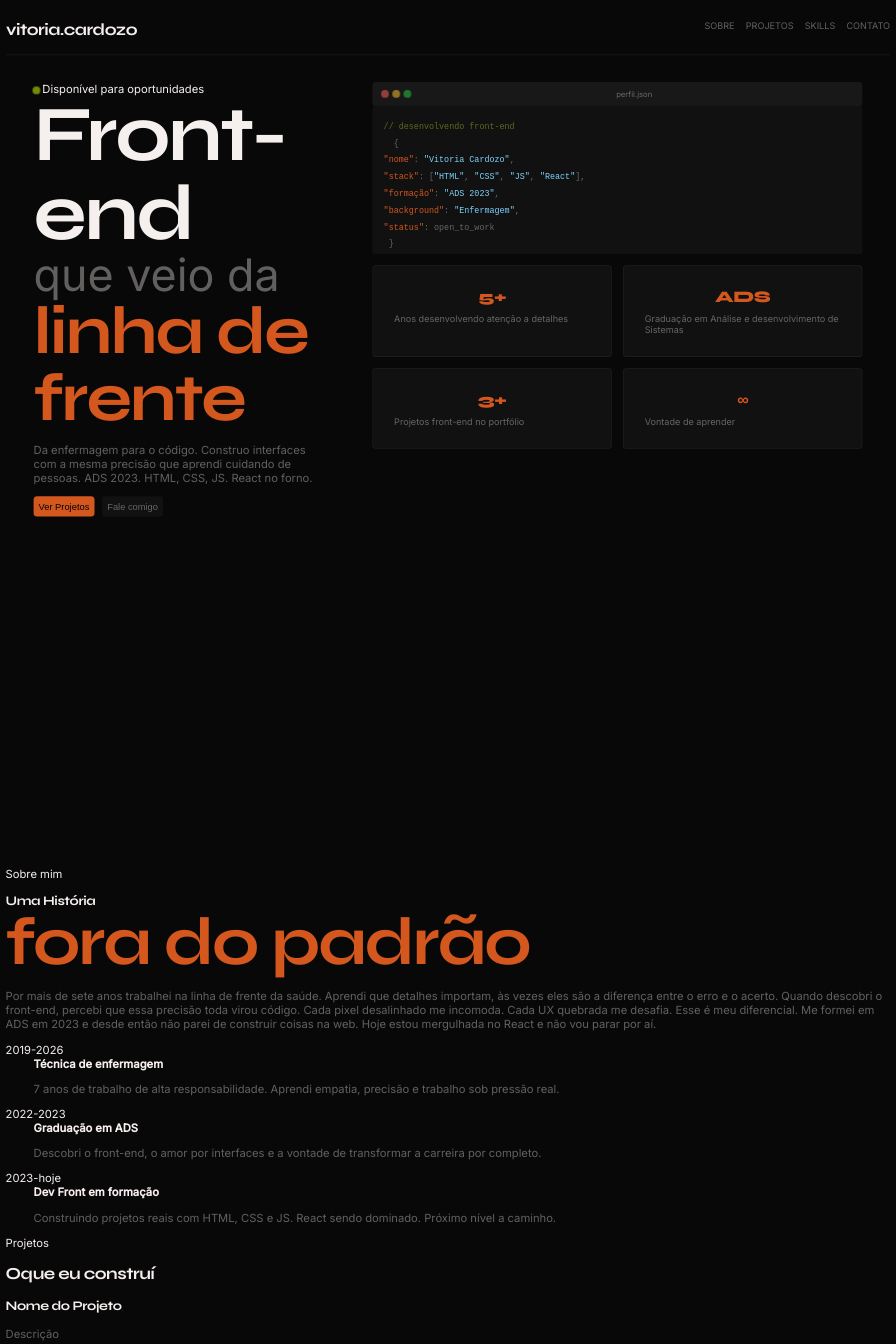
Repository: Bitroia/Portifolio
Page: index.html
These files come from the project's save history. The page is drawn as it stood at one moment and after the next save; the edit follows.
The browser window is 1280 px wide. The pictures show the part of the page from y = 0 to 1920 px (the page is 3022 px tall before and 3074 px after), at 70% of full size.
Some web fonts or font styles are not loaded; a fallback is used.

Above is the page before, as saved 2026-04-29 19:40:54.

After the next save:
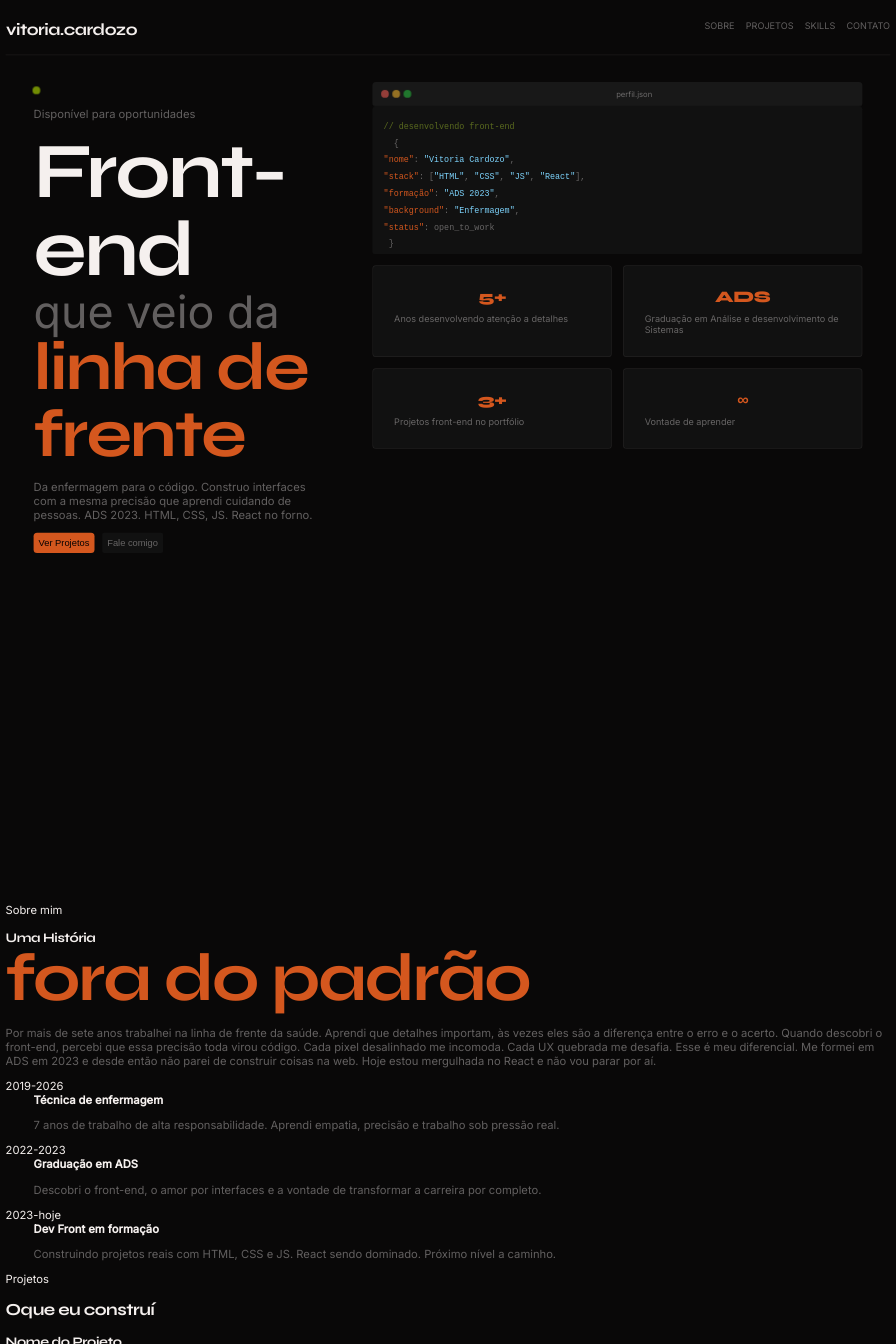
Saved 39 s later.
--- a/index.html
+++ b/index.html
@@ -30,7 +30,7 @@
     <main>
       <section id="sections-container">
         <section id="introduction-section">
-          <span class="dot"></span> Disponível para oportunidades
+          <span class="dot"></span> <p>Disponível para oportunidades</p>
           <span class="line-1">Front-end</span>
           <span class="line-2">que veio da</span>
           <span class="accent">linha de frente</span>
